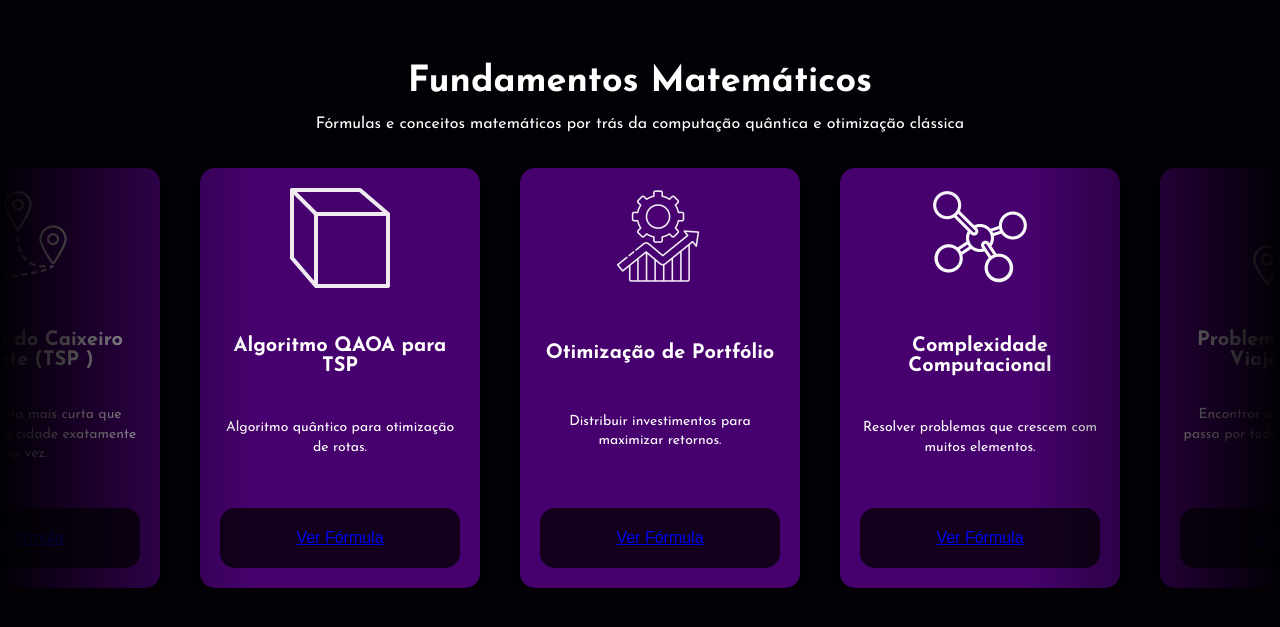
Repository: Everson9/Projeto-de-escalabilidade-quantica-definitivo
Page: fundamentos.html
These files come from the project's save history. The page is drawn as it stood at one moment and after the next save; the edit follows.
The browser window is 1280 px wide. The pictures show the whole page.

Above is the page before, as saved 2025-10-01 11:49:34.

### fundamentos.html
<!DOCTYPE html>
<html lang="pt-br">
<head>
    <meta charset="UTF-8">
    <meta name="viewport" content="width=device-width, initial-scale=1.0">
    <title>Fundamentos Matemáticos</title>
    <link rel="stylesheet" href="fundamentos.css">
    <link href="https://fonts.googleapis.com/css2?family=Josefin+Sans:wght@400;700&display=swap" rel="stylesheet">
</head>
<body>

    <div class="fundamentos-matematicos">
        <h1>Fundamentos Matemáticos</h1>
        <p>Fórmulas e conceitos matemáticos por trás da computação quântica e otimização clássica</p>
    </div>

    <!-- Container do Carrossel -->
    <div class="carousel-container">
        <div class="carousel-track">
            <!-- Cards Originais -->
            <div class="formula_1">
                <img src="imgs_icones/CaixeiroViajante.png" alt="Ícone do Problema do Caixeiro Viajante">
                <h4>Problema do Caixeiro Viajante (TSP )</h4>
                <p>Encontrar a rota mais curta que passa por toda a cidade exatamente uma vez.</p>
                <button class="button"><a href="caixeiro.html">Ver Fórmula</a></button>
            </div>
            <div class="formula_1">
                <img src="imgs_icones/QAOA.png" alt="Ícone do Algoritmo QAOA">
                <h4>Algoritmo QAOA para TSP</h4>
                <p>Algoritmo quântico para otimização de rotas.</p>
                <button class="button"><a href="AlgoritmoQAOA.html">Ver Fórmula</a></button>
            </div>
            <div class="formula_1">
                <img src="imgs_icones/OtimizacaoPortfolio.png" alt="Ícone de Otimização de Portfólio">
                <h4>Otimização de Portfólio</h4>
                <p>Distribuir investimentos para maximizar retornos.</p>
                <button class="button"><a href="Portifolio.html">Ver Fórmula</a></button>
            </div>
            <div class="formula_1">
                <img src="imgs_icones/ComplexidadeComputacional.png" alt="Ícone de Complexidade Computacional">
                <h4>Complexidade Computacional</h4>
                <p>Resolver problemas que crescem com muitos elementos.</p>
                <button class="button"><a href="Complexidade.html">Ver Fórmula</a></button>
            </div>

            <!-- Cards Duplicados para o Efeito Infinito -->
            <div class="formula_1">
                <img src="imgs_icones/CaixeiroViajante.png" alt="Ícone do Problema do Caixeiro Viajante">
                <h4>Problema do Caixeiro Viajante (TSP)</h4>
                <p>Encontrar a rota mais curta que passa por toda a cidade exatamente uma vez.</p>
                <button class="button"><a href="caixeiroviajante.html">Ver Fórmula</a></button>
            </div>
            <div class="formula_1">
                <img src="imgs_icones/QAOA.png" alt="Ícone do Algoritmo QAOA">
                <h4>Algoritmo QAOA para TSP</h4>
                <p>Algoritmo quântico para otimização de rotas.</p>
                <button class="button"><a href="AlgoritmoQAOA.html">Ver Fórmula</a></button>
            </div>
            <div class="formula_1">
                <img src="imgs_icones/OtimizacaoPortfolio.png" alt="Ícone de Otimização de Portfólio">
                <h4>Otimização de Portfólio</h4>
                <p>Distribuir investimentos para maximizar retornos.</p>
                <button class="button"><a href="Portifolio.html">Ver Fórmula</a></button>
            </div>
            <div class="formula_1">
                <img src="imgs_icones/ComplexidadeComputacional.png" alt="Ícone de Complexidade Computacional">
                <h4>Complexidade Computacional</h4>
                <p>Resolver problemas que crescem com muitos elementos.</p>
                <button class="button"><a href="Complexidade.html">Ver Fórmula</a></button>
            </div>
        </div>
    </div>

</body>
</html>

### fundamentos.css
body {
    background-color: #030105;
    font-family: 'Josefin Sans', sans-serif;
    color: #fff;
    margin: 0;
    padding: 0;
    display: flex;
    flex-direction: column;
    align-items: center;
    justify-content: flex-start;
    overflow-x: hidden; /* Esconde a barra de rolagem horizontal */
}

.fundamentos-matematicos {
    text-align: center;
    color: white;
    margin-top: 40px;
    margin-bottom: 20px;
}

h1 {
    font-size: 36px;
    margin-bottom: 10px;
}

/* Estilos dos Cards */
.formula_1 {
    width: 240px;
    height: 380px;
    background-color: #7703BA96;
    border-radius: 15px;
    padding: 20px;
    display: flex;
    flex-direction: column;
    justify-content: space-between;
    box-shadow: 0 4px 8px rgba(0, 0, 0, 0.2);
    margin: 0 20px; /* Espaçamento entre os cards */
    flex-shrink: 0; /* Impede que os cards encolham */
}

.formula_1 h4 {
    font-size: 20px;
    margin-bottom: 10px;
    text-align: center;
}

.formula_1 img {
    width: 100px;
    height: 100px;
    margin: 0 auto;
}

.formula_1 p {
    text-align: center;
    font-size: 14px;
    line-height: 1.4;
    margin-top: 10px;
}

.button {
    background-color: #030105C2;
    border: none;
    padding: 10px;
    color: white;
    font-size: 16px;
    text-align: center;
    height: 60px;
    border-radius: 15px;
    cursor: pointer;
    text-decoration: none;
    margin-top: 15px;
    transition: background-color 0.3s;
    text-decoration: none;
}

.button:hover {
    background-color: #ffffffc2;
    color: #030105;
    text-decoration: none;
}


/* --- Novas Classes para o Carrossel --- */

.carousel-container {
    width: 100%;
    display: flex;
    justify-content: flex-start; /* Alinha a trilha no início */
    overflow: hidden; /* Essencial para esconder o que está fora da tela */
    -webkit-mask-image: linear-gradient(to right, transparent, black 20%, black 80%, transparent);
    mask-image: linear-gradient(to right, transparent, black 20%, black 80%, transparent);
}

.carousel-track {
    display: flex; /* Coloca os cards em linha */
    animation: scroll 40s linear infinite; /* Aplica a animação */
}

.carousel-container:hover .carousel-track {
    animation-play-state: paused; /* Pausa a animação ao passar o mouse */
}

/* Animação de Rolagem */
@keyframes scroll {
    0% {
        transform: translateX(0);
    }
    100% {
        /* Move a trilha para a esquerda pelo tamanho exato da primeira metade dos cards */
        /* (240px de largura + 40px de margem) * 4 cards = 1120px */
        transform: translateX(calc(-280px * 4));
    }
}

After the next save:
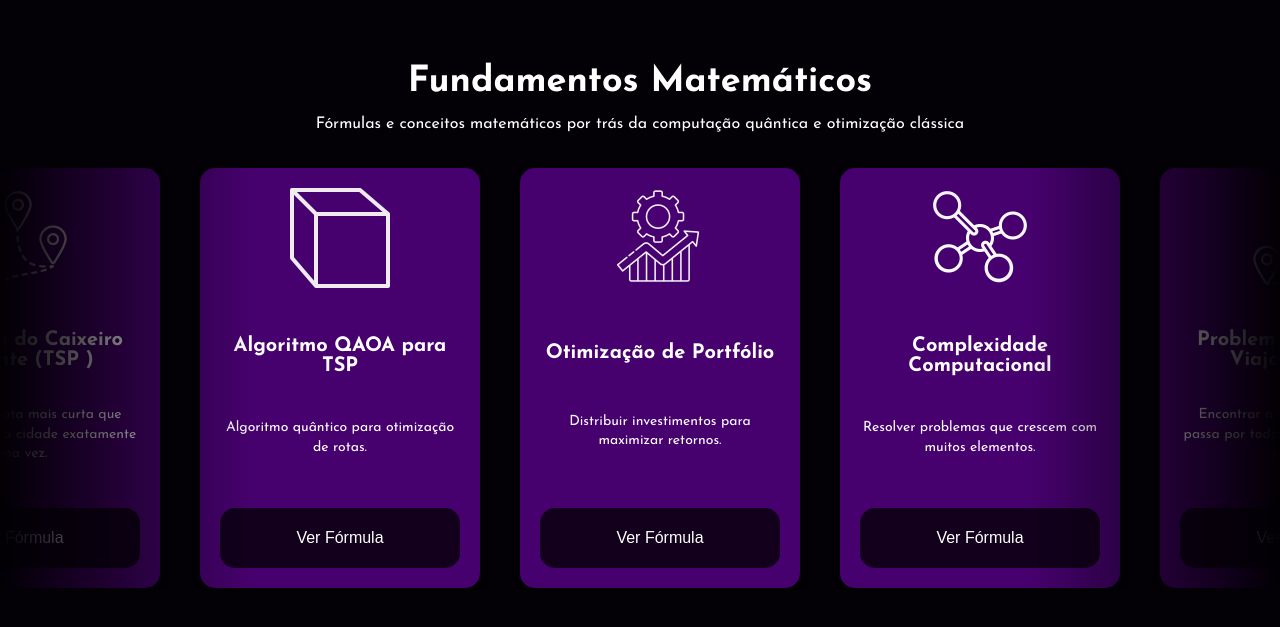
Saved 84 s later.
--- a/fundamentos.css
+++ b/fundamentos.css
@@ -79,6 +79,10 @@
     text-decoration: none;
 }
 
+.button a {
+    text-decoration: none;
+    color: inherit; /* Para garantir que a cor do link herde a cor do botão */
+}
 
 /* --- Novas Classes para o Carrossel --- */
 
